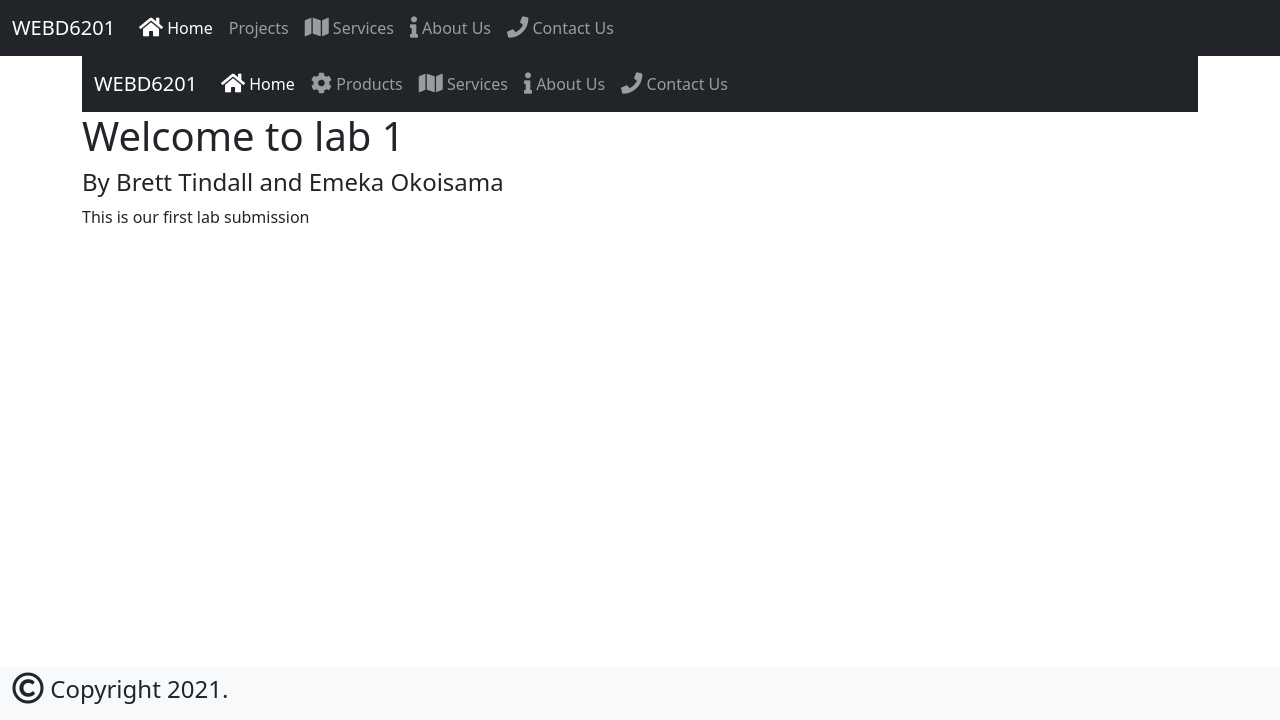
Repository: Sub4Sub/Lab_1
Page: index.html
An editor plug-in stored every save of this project. The page is shown before and after the next save, followed by the edit.
The browser window is 1280 px wide. The pictures show the whole page.

Above is the page before, as saved 2021-02-05 02:29:48.

### index.html
<!DOCTYPE html>
<html lang="en">
<head>
    <meta charset="UTF-8">
    <meta name="viewport" content="width=device-width, initial-scale=1.0">
    <title>Home</title>
    <!-- CSS Section -->
    <link rel="stylesheet" href="./node_modules/bootstrap/dist/css/bootstrap.min.css">
    <link rel="stylesheet" href="./node_modules/@fortawesome/fontawesome-free/css/all.min.css">
    <link rel="stylesheet" href="./Content/app.css">
</head>
<body>
    <!-- Main Header -->
    <header>
      <!-- Main Navigation -->
      <nav class="navbar navbar-expand-lg navbar-dark bg-dark">
          <div class="container-fluid">
            <a class="navbar-brand" href="index.html">WEBD6201</a>
            <button class="navbar-toggler" type="button" data-bs-toggle="collapse" data-bs-target="#navbarSupportedContent" aria-controls="navbarSupportedContent" aria-expanded="false" aria-label="Toggle navigation">
              <span class="navbar-toggler-icon"></span>
            </button>
            <div class="collapse navbar-collapse" id="navbarSupportedContent">
              <ul class="navbar-nav me-auto mb-2 mb-lg-0">
                <li class="nav-item">
                  <a class="nav-link active" aria-current="page" href="index.html"><i class="fas fa-home fa-lg"></i> Home</a>
                </li>

                <li class="nav-item">
                  <a class="nav-link" id="productsLink" aria-current="page" href="products.html"><i class="fas fa-cog fa-lg"></i> Products</a>
                </li>

                <li class="nav-item">
                  <a class="nav-link" aria-current="page" href="services.html"><i class="fas fa-map fa-lg"></i> Services</a>
                </li>

                <li class="nav-item">
                  <a class="nav-link" aria-current="page" href="about.html"><i class="fas fa-info fa-lg"></i> About Us</a>
                </li>

                <li class="nav-item">
                  <a class="nav-link" aria-current="page" href="contact.html"><i class="fas fa-phone fa-lg"></i> Contact Us</a>
                </li>
              </ul>
            </div>
          </div>
        </nav>
  </header>

    <!-- Main Content -->
    <main class="container">
    </main>



    <!-- Script Section-->
    <script src="./node_modules/jquery/dist/jquery.min.js"></script>
    <script src="./node_modules/bootstrap/dist/js/bootstrap.bundle.min.js"></script>
    <script src="./Scripts/app.js"></script>
</body>
</html>

### Scripts/app.js

"use strict";


(function()
{

    function displayHome()
    {
        let indexHeading = document.createElement("h1");

        indexHeading.setAttribute("id", "indexHeading");
        indexHeading.textContent = "Welcome to lab 1";
        //indexHeading.className = "fs-4 fw-bold";

        let mainContent = document.querySelector("main");
        mainContent.appendChild(indexHeading);

        let newDivTag = document.createElement("div");
        newDivTag.innerHTML =
        `<h4>By Brett Tindall and Emeka Okoisama</h4>
        <p id="paragraphThree"> This is our first lab submission </p>`;

        mainContent.append(newDivTag);


    }

    function displayContact()
    {
      let contactHeading = document.createElement("h1");

      contactHeading.setAttribute("id", "contactHeading");
      contactHeading.textContent = "Enter a Contact";

      let mainContent = document.querySelector("main");
      mainContent.appendChild(contactHeading);

      let newDivTag = document.createElement("div");
      newDivTag.innerHTML =
      `<div id="messageArea"></div>

      <div class="row justify-content-lg-center g-3">
        <form class="col-lg-6 col-md-10 col-sm-10">

          <div class="input-group mb-3">
            <span class="input-group-text" id="inputGroup-sizing-default">Full Name </span>
            <input id="fullName" type="text" class="form-control" aria-label="Full Name" aria-describedby="Full Name Input"
            name="fullName" required>
          </div>

          <div class="input-group mb-3">
            <span class="input-group-text" id="inputGroup-sizing-default">Contact Number</span>
            <input id="contactNumber" type="tel" class="form-control" aria-label="Contact Number" aria-describedby="Contact Number Input"
            name="contactNumber" required>
          </div>

          <div class="input-group mb-3">
            <span class="input-group-text" id="inputGroup-sizing-default">Email</span>
            <input id="emailAddress" type="email" class="form-control" aria-label="Email Address" aria-describedby="Email Address Input"
            name="emailAddress" required>
          </div>

          <button id="sendButton" type="submit" class="btn btn-primary"><i class="fas fa-envelope fa-lg"></i> Send</button>
          <button id="cancelButton" type="reset" class="btn btn-warning"><i class="fas fa-undo fa-lg"></i> Cancel</button>
        </form>
      </div>`;

      mainContent.append(newDivTag);


      let sendButton = document.getElementById("sendButton");

        sendButton.addEventListener("click", function(event){

          window.location.href = '/index.html';

        });

    }

    function displayHeader()
    {

      let mainContent = document.querySelector("main");

      let newHeaderTag = document.createElement("header");

      newHeaderTag.innerHTML =
      `
      <header>
      <!-- Main Navigation -->
      <nav class="navbar navbar-expand-lg navbar-dark bg-dark">
          <div class="container-fluid">
            <a class="navbar-brand" href="index.html">WEBD6201</a>
            <button class="navbar-toggler" type="button" data-bs-toggle="collapse" data-bs-target="#navbarSupportedContent" aria-controls="navbarSupportedContent" aria-expanded="false" aria-label="Toggle navigation">
              <span class="navbar-toggler-icon"></span>
            </button>
            <div class="collapse navbar-collapse" id="navbarSupportedContent">
              <ul class="navbar-nav me-auto mb-2 mb-lg-0">
                <li class="nav-item">
                  <a class="nav-link active" aria-current="page" href="index.html"><i class="fas fa-home fa-lg"></i> Home</a>
                </li>

                <li class="nav-item">
                  <a class="nav-link" id="productsLink" aria-current="page" href="products.html"><i class="fas fa-cog fa-lg"></i> Products</a>
                </li>

                <li class="nav-item">
                  <a class="nav-link" aria-current="page" href="services.html"><i class="fas fa-map fa-lg"></i> Services</a>
                </li>

                <li class="nav-item">
                  <a class="nav-link" aria-current="page" href="about.html"><i class="fas fa-info fa-lg"></i> About Us</a>
                </li>

                <li class="nav-item">
                  <a class="nav-link" aria-current="page" href="contact.html"><i class="fas fa-phone fa-lg"></i> Contact Us</a>
                </li>
              </ul>
            </div>
          </div>
        </nav>
  </header>
      `
      mainContent.append(newHeaderTag);

    }

    function displayFooter()
    {
      let mainContent = document.querySelector("main");

      let newFooterTag = document.createElement("footer");

      newFooterTag.innerHTML =
      `
      <footer>
        <nav class="navbar fixed-bottom navbar-light bg-light">
            <div class="container-fluid">
              <h4><i class="far fa-copyright fa-lg"></i> Copyright 2021.</h4>
            </div>
          </nav>
    </footer>
      `

      mainContent.append(newFooterTag);

    }

    function addHumanResourcesButton()
    {
      let mainContent = document.querySelector("main");

      let newFooterTag = document.createElement("footer");

      newFooterTag.innerHTML =
      `
      <footer>
        <nav class="navbar fixed-bottom navbar-light bg-light">
            <div class="container-fluid">
              <h4><i class="far fa-copyright fa-lg"></i> Copyright 2021.</h4>
            </div>
          </nav>
    </footer>
      `

      mainContent.append(newFooterTag);

    }

    function Start()
    {
        console.log("App Started...");

        displayHeader();

        let productsButton = document.getElementById("productsLink");

        productsButton.textContent = "Projects";



        switch (document.title)
        {
          case "Home":
              displayHome();
            break;
          case "About":
              displayAbout();
            break;
          case "Projects":
              displayProjects();
            break;
          case "Services":
              displayServices();
            break;
          case "Contact":
              displayContact();
            break;
        }

    }

    displayFooter();

    window.addEventListener("load", Start);

})();

Loaded but not shown: node_modules/bootstrap/dist/css/bootstrap.min.css (library); node_modules/@fortawesome/fontawesome-free/css/all.min.css (library); node_modules/jquery/dist/jquery.min.js (library); node_modules/bootstrap/dist/js/bootstrap.bundle.min.js (library); Content/app.css (no stored copy; drawn as an empty file)

After the next save:
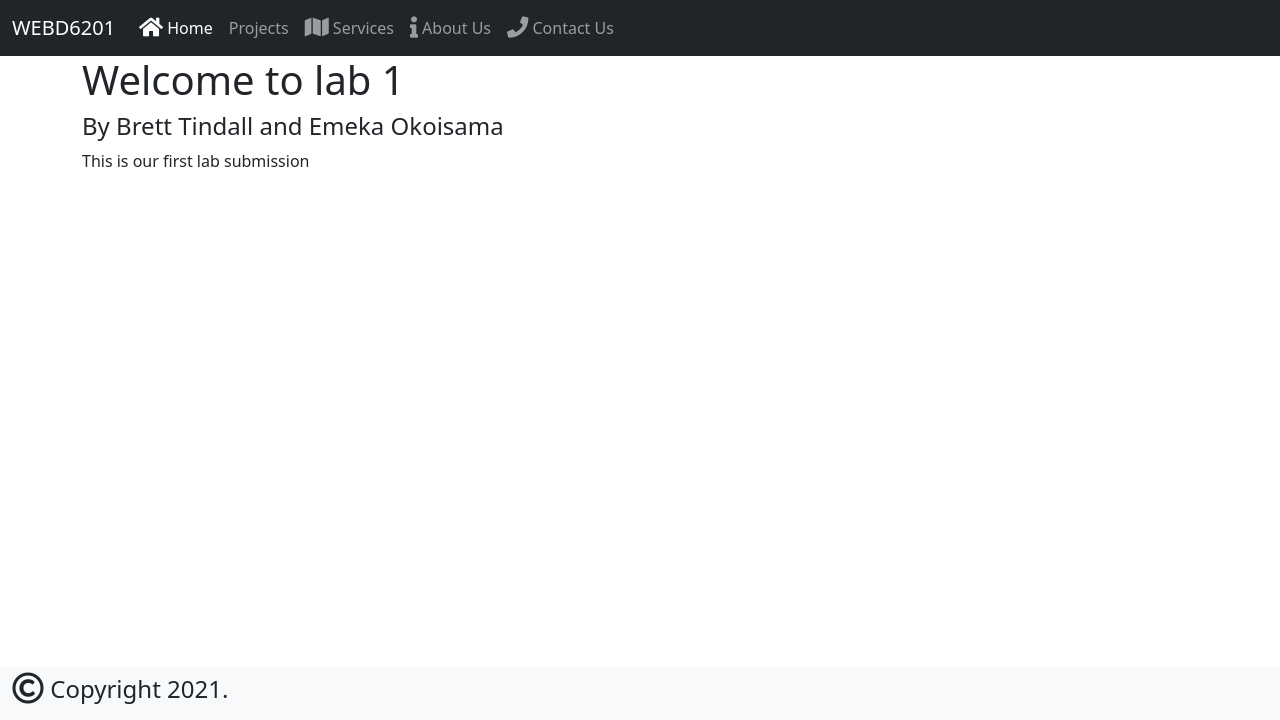
Saved 9 s later.
--- a/Scripts/app.js
+++ b/Scripts/app.js
@@ -88,40 +88,7 @@
 
       newHeaderTag.innerHTML =
       `
-      <header>
-      <!-- Main Navigation -->
-      <nav class="navbar navbar-expand-lg navbar-dark bg-dark">
-          <div class="container-fluid">
-            <a class="navbar-brand" href="index.html">WEBD6201</a>
-            <button class="navbar-toggler" type="button" data-bs-toggle="collapse" data-bs-target="#navbarSupportedContent" aria-controls="navbarSupportedContent" aria-expanded="false" aria-label="Toggle navigation">
-              <span class="navbar-toggler-icon"></span>
-            </button>
-            <div class="collapse navbar-collapse" id="navbarSupportedContent">
-              <ul class="navbar-nav me-auto mb-2 mb-lg-0">
-                <li class="nav-item">
-                  <a class="nav-link active" aria-current="page" href="index.html"><i class="fas fa-home fa-lg"></i> Home</a>
-                </li>
 
-                <li class="nav-item">
-                  <a class="nav-link" id="productsLink" aria-current="page" href="products.html"><i class="fas fa-cog fa-lg"></i> Products</a>
-                </li>
-
-                <li class="nav-item">
-                  <a class="nav-link" aria-current="page" href="services.html"><i class="fas fa-map fa-lg"></i> Services</a>
-                </li>
-
-                <li class="nav-item">
-                  <a class="nav-link" aria-current="page" href="about.html"><i class="fas fa-info fa-lg"></i> About Us</a>
-                </li>
-
-                <li class="nav-item">
-                  <a class="nav-link" aria-current="page" href="contact.html"><i class="fas fa-phone fa-lg"></i> Contact Us</a>
-                </li>
-              </ul>
-            </div>
-          </div>
-        </nav>
-  </header>
       `
       mainContent.append(newHeaderTag);
 
@@ -173,8 +140,6 @@
     {
         console.log("App Started...");
 
-        displayHeader();
-
         let productsButton = document.getElementById("productsLink");
 
         productsButton.textContent = "Projects";
